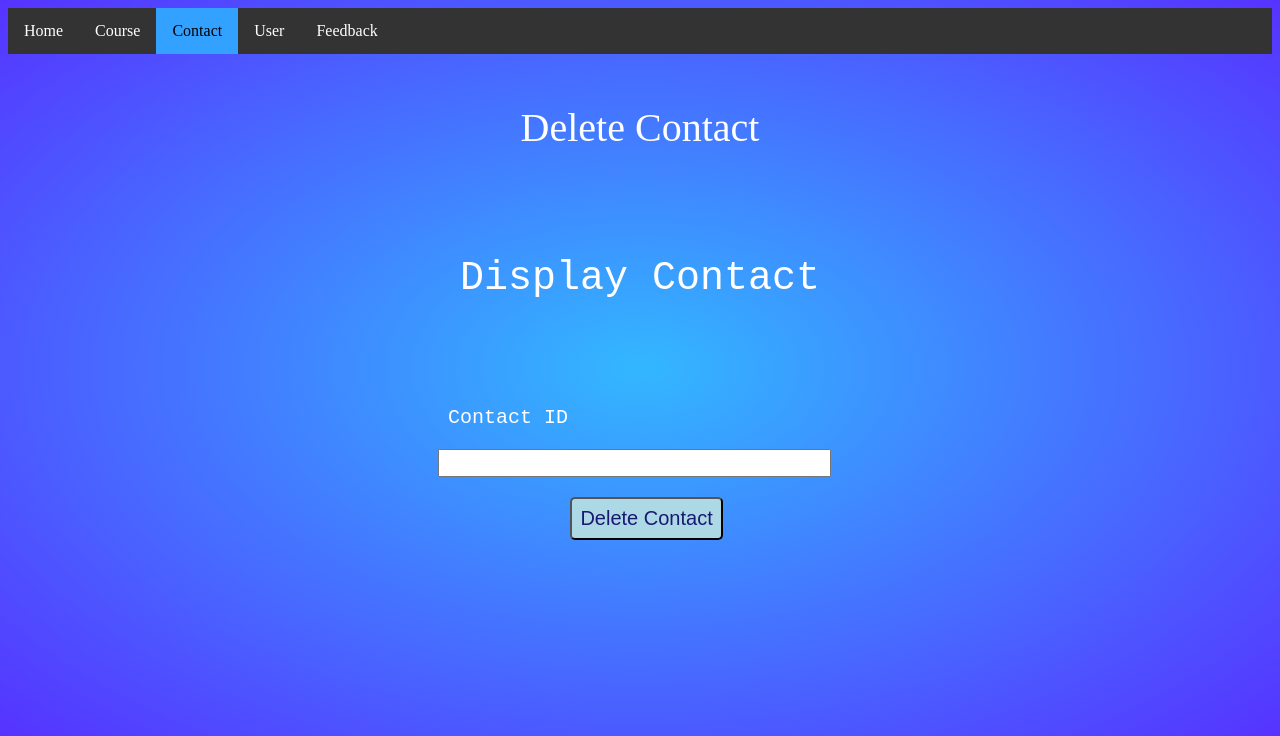
Repository: ShreyasG27/Amdocs-Training
Page: http://localhost/e-learning-frontend/contactdisplay.jsp
These files come from the project's save history. The page is drawn as it stood at one moment and after the next save; the edit follows.
The browser window is 1280 px wide. The pictures show the whole page.
The page is served by Tomcat 9.

Above is the page before, as saved 2021-08-22 17:51:27.

After the next save:
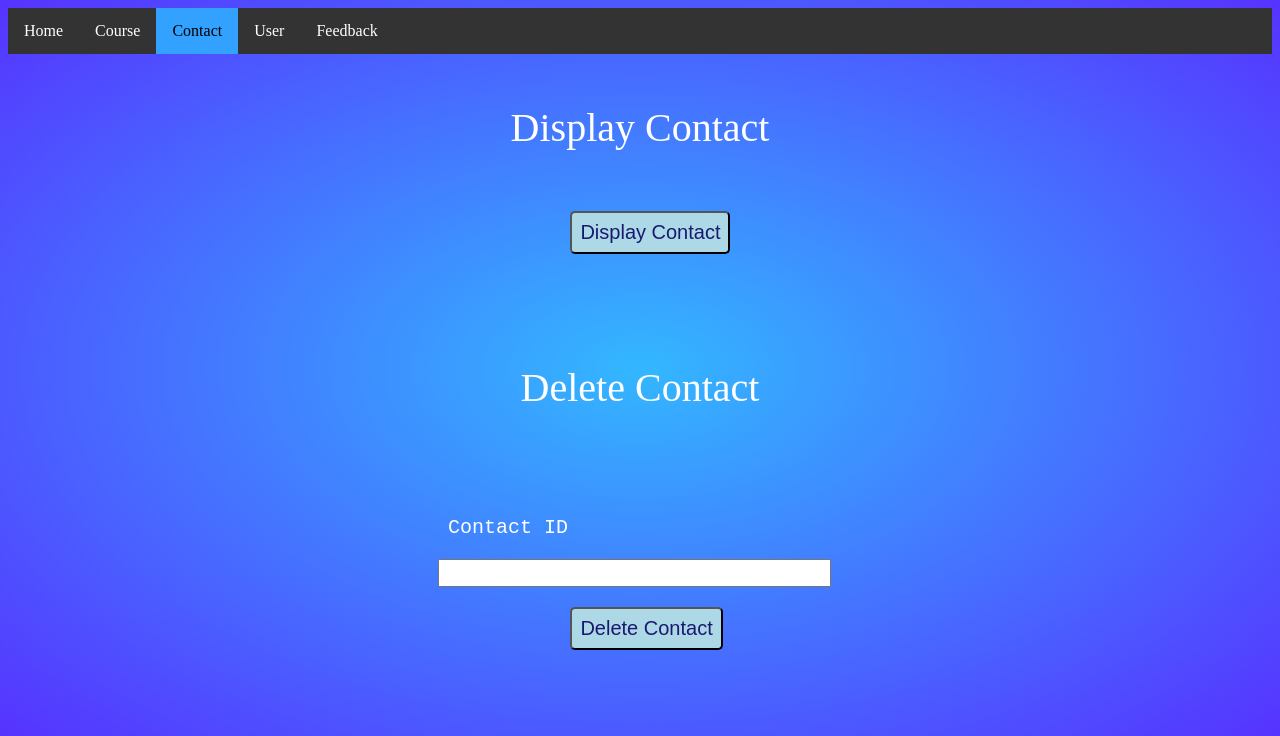
Saved 63 s later.
--- a/e-learning-frontend/src/main/webapp/contactdisplay.jsp
+++ b/e-learning-frontend/src/main/webapp/contactdisplay.jsp
@@ -115,10 +115,19 @@ li a:hover:not(.active) {
   <li><a href="userdisplay.jsp">User</a></li>
   <li><a href="feedbackdisplay.jsp">Feedback</a></li>
 </ul>
-<center><p class="heading">Delete Contact</p></center>
+<center><p class="heading">Display Contact</p></center>
 <form action="contact" method="POST">
     <pre>
-        <center><p class="heading">Display Contact</p></center>
+     	<input class="deletebutton" type="submit" value="Display Contact"><br>
+
+
+    </pre>
+</form>
+<center><p class="heading">Delete Contact</p></center>
+
+<form action="contact" method="POST">
+    <pre>
+
 
      <p class="txtfld">Contact ID</p><input class="inputfld" type="number" name="courseid">
      	<input class="deletebutton" type="submit" value="Delete Contact"><br>
